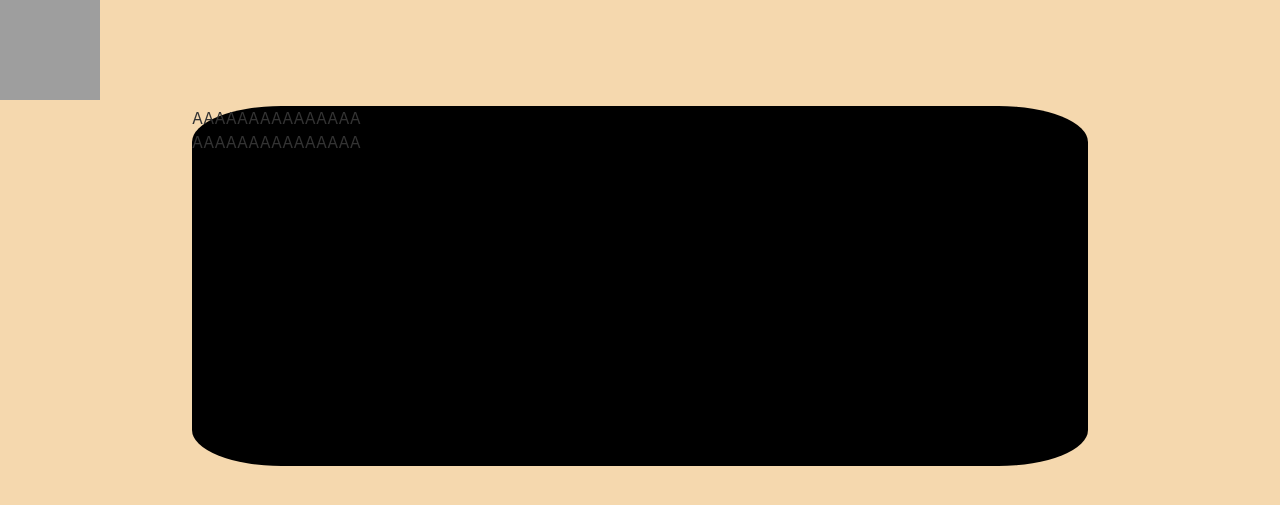
Repository: Grand-Line-PNV/FE-BIBooking
Page: /
These files come from the project's save history. The page is drawn as it stood at one moment and after the next save; the edit follows.
The browser window is 1280 px wide. The pictures show the whole page.
Pictures or frames that could not be fetched are drawn as grey boxes. The project was rebuilt for these pictures with package versions that can differ from the ones it lists, and the page was loaded fresh each time. Also part of the build but not shown: src/App.css, src/components/Button/Button.module.scss, src/components/Button/Button.js.

Above is the page before, as saved 2023-02-05 16:02:07.

After the next save:
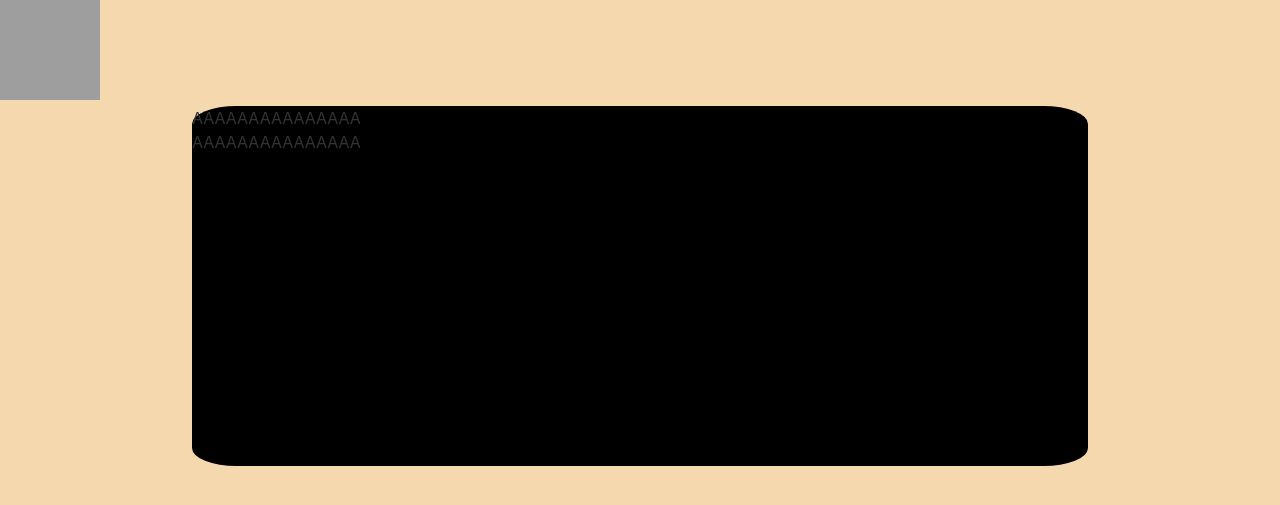
Saved 8 s later.
--- a/src/view/pages/Influencers/PersonalInformation/PersonalInformation.module.scss
+++ b/src/view/pages/Influencers/PersonalInformation/PersonalInformation.module.scss
@@ -19,6 +19,6 @@
     height: 50vh;
     background-color: black;
     margin: 0 auto;
-    border-radius: 10%;
+    border-radius: 5%;
   }
 }
